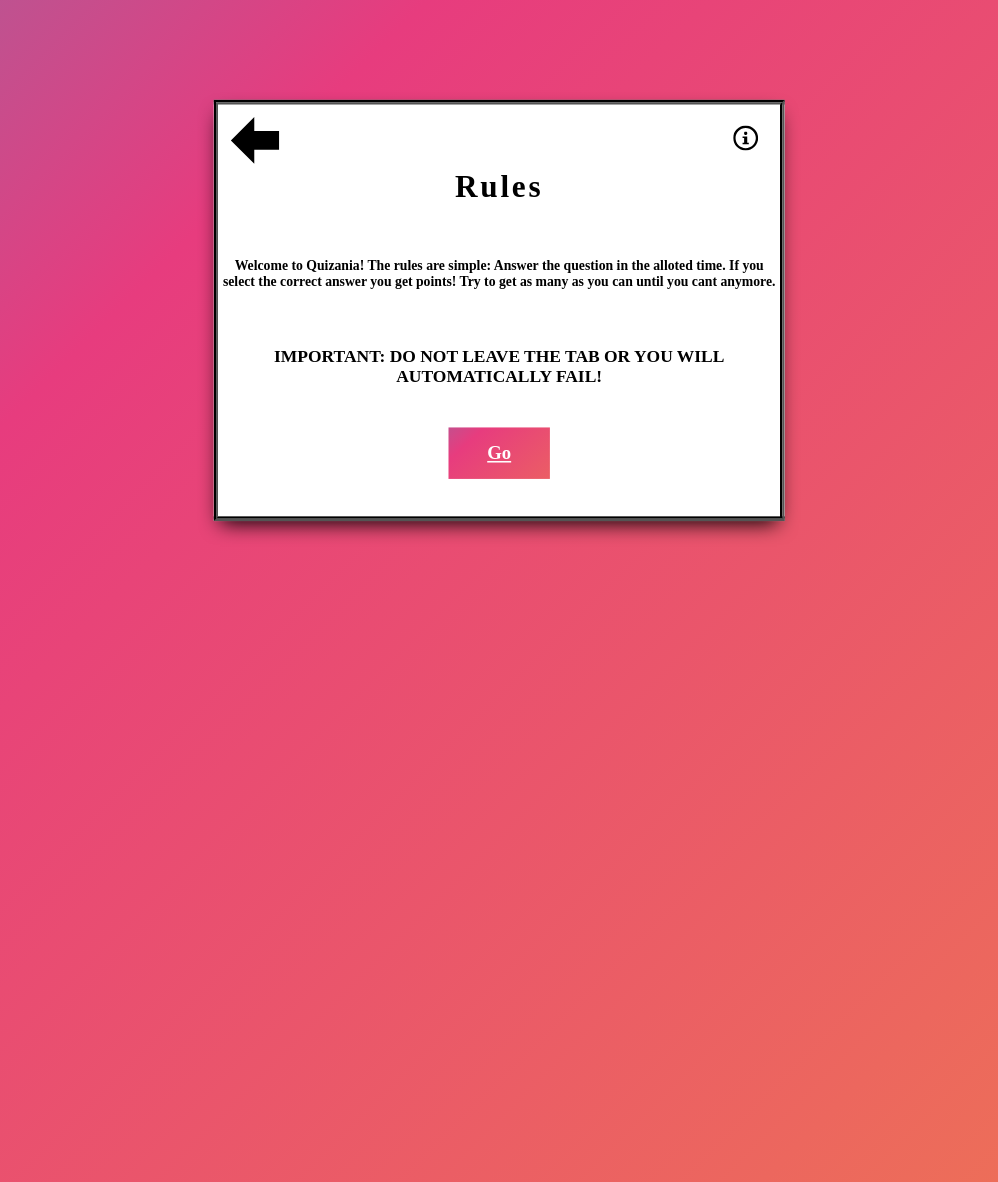
Repository: PatrickTheCodeGuy/QuizApp
Page: /newGame (app in quizapp/)
The author's editor kept a copy of each file at every save. The page is drawn from the files as they stood at one save, then again after the next save.
The browser window is 1280 px wide. The pictures show the whole page, at 78% of full size.
The project was rebuilt for these pictures with package versions that can differ from the ones it lists, and the page was loaded fresh each time. A package was used in the major version that the imports need, not the one package.json lists. Also part of the build but not shown: quizapp/src/App.css, quizapp/src/components/Leaderboard/Leaderboard.css, quizapp/src/components/Leaderboard/Leaderboard.js, quizapp/src/components/StartMenu/StartMenu.js, quizapp/src/App.js.

Above is the page before, as saved 2021-07-08 20:33:22.

### quizapp/src/index.js
import React from 'react';
import ReactDOM from 'react-dom';
import './index.css';
import App from './App';
import GameInfo from './components/GameInfo/GameInfo';
import reportWebVitals from './reportWebVitals';
import {
  BrowserRouter as Router,
  Switch,
  Route,
  Link
} from "react-router-dom";

ReactDOM.render(
  <React.StrictMode>
    <Router>
          <Switch>
              <Route exact path="/" component={App}/>
              <Route path="/newGame" component={GameInfo}/>
          </Switch>
      </Router>
  </React.StrictMode>,
  document.getElementById('root')
);

// If you want to start measuring performance in your app, pass a function
// to log results (for example: reportWebVitals(console.log))
// or send to an analytics endpoint. Learn more: https://bit.ly/CRA-vitals
reportWebVitals();

### quizapp/src/index.css
body {
  margin: 0;
  font-family: -apple-system, BlinkMacSystemFont, 'Segoe UI', 'Roboto', 'Oxygen',
    'Ubuntu', 'Cantarell', 'Fira Sans', 'Droid Sans', 'Helvetica Neue',
    sans-serif;
  -webkit-font-smoothing: antialiased;
  -moz-osx-font-smoothing: grayscale;
  background: linear-gradient(-45deg, #ee7752, #e73c7e, #23a6d5, #23d5ab);
    background-size: 400% 400%;
    animation: gradient 15s ease infinite;
}

code {
  font-family: source-code-pro, Menlo, Monaco, Consolas, 'Courier New',
    monospace;
}
html, body, #app, #app>div {
  width: 100%;
  height:100%;
}

hr.rounded {
  border-top: 5px solid black;
    border-radius: 1px;
    width: 55%;
}

#root{
  display:flex;
}


@keyframes gradient {
    0% {
        background-position: 0% 50%;
    }
    50% {
        background-position: 100% 50%;
    }
    100% {
        background-position: 0% 50%;
    }
}

### quizapp/src/components/GameInfo/GameInfo.js
import React, { useState } from 'react';
import './GameInfo.css';
import {
	Link
} from 'react-router-dom';
import{ ImArrowLeft, ImInfo }from 'react-icons/im';
import Modal from 'react-modal';


function GameInfo() {
	// Fix for screen readers getting an error on modal mount
	Modal.setAppElement('#root');

	// Modal hook
	const [modalIsOpen, setModalIsOpen] = useState(false);
    return(
        <div className="gameInfo-container">
            <div className="gameInfo-header">
                <Link className="back-button" to="/">
																		<ImArrowLeft size={64} className="back-arrow"/>
																</Link>
																<button class="modal-button"onClick={() => setModalIsOpen(true)}>
																	<ImInfo size={32} className="info-icon"/>
																</button>
																<Modal onRequestClose={() => setModalIsOpen(false)} isOpen={modalIsOpen}>
																		<h1>Modal is Open</h1>
																</Modal>
            </div>
            <div className="gameInfo-body">
																<h5 class="rules-text">Rules</h5>
            </div>
												<div>
													<p class="regular-text info">Welcome to Quizania!
													The rules are simple: Answer the question in the alloted time. If you select the correct answer you get points! Try to get as many as you can until you cant anymore.</p>
													<p class="regular-text warning">IMPORTANT: DO NOT LEAVE THE TAB OR YOU WILL AUTOMATICALLY FAIL!</p>
													<Link to='/newGame' class="button-start">Go</Link>
												</div>

												</div>
    )
}

export default GameInfo;

### quizapp/src/components/GameInfo/GameInfo.css
.gameInfo-container{
    border: 6px groove black;
    text-align: center;
    background-color: white;
    box-shadow: 0px 12px 25px -8px #000000;
    width: 45em;
    height: 33em;
    margin: 10% auto;
}

.back-button {
    margin-left: 2%;
    margin-top: 2%;
    color: rgb(0, 0, 0);
}

.back-button:hover {
    color: rgba(26, 26, 26, 0.749);
    transform: translateY(2px);
}

.modal-button{
    border: none;
    width: 45px;
    height: 45px;
    margin-right: 3%;
    margin-top: 3%;
    background:white;
    color: black;
}

.rules-text{
    font-family: 'Pacifico', cursive;
    font-size: 2.5em;
    letter-spacing: 0.09em;
    margin-top: 0%;
}

.info {
    font-family: 'Press Start 2P', cursive;
    font-size: 1.1em;
    font-weight: 600;
}

.warning {
    font-weight: bolder;
}



.modal-button:hover {
    color: rgba(40, 40, 40, 0.811);
    transform: translateY(2px);
}

.gameInfo-header{
    display: flex;
    justify-content: space-between;
}

### quizapp/src/components/StartMenu/StartMenu.css
.menu-text{
    font-family: 'Pacifico', cursive;
    font-size: 8em;
    letter-spacing: 0.09em;
    margin-top: 0%;
}

.regular-text{
    font-family:Roboto-Regular;
    font-weight:900;
    font-size: 1.4em;
    margin-bottom: 10%;
}

.button-start{
    padding: 20px 50px;
    font-family: 'Press Start 2P', cursive;
    height: 12%;
    background: linear-gradient(-42deg, #ee7752, #e73c7e, #23a6d5, #23d5ab);
    background-size: 400% 400%;
    animation: gradient 13s ease infinite;
    margin-top: 5%;
    color: white;
    border: none;
    font-size: x-large;
    font-weight: 600;
    transition: background-color 0.1s ease;
}

.button-start:hover{
    background: linear-gradient(-42deg, #a45137, #91254e, #15607b, #158268);
    background-size: 400% 400%;
    animation: gradient 13s ease infinite;
    color: black;
}

.button-start:active {
    border: 2px solid rgba(0, 0, 0, 0.564);
    background: white;
    color: rgb(43, 43, 43);
    transform: translateY(4px);
}

.menu-container{
    border: 6px groove black;
    text-align: center;
    background-color: white;
    box-shadow: 0px 12px 25px -8px #000000;
    width: 45em;
    height: 33em;
    margin: 20% 15%;
}

Loaded but not shown: quizapp/src/reportWebVitals.js (common file)

After the next save:
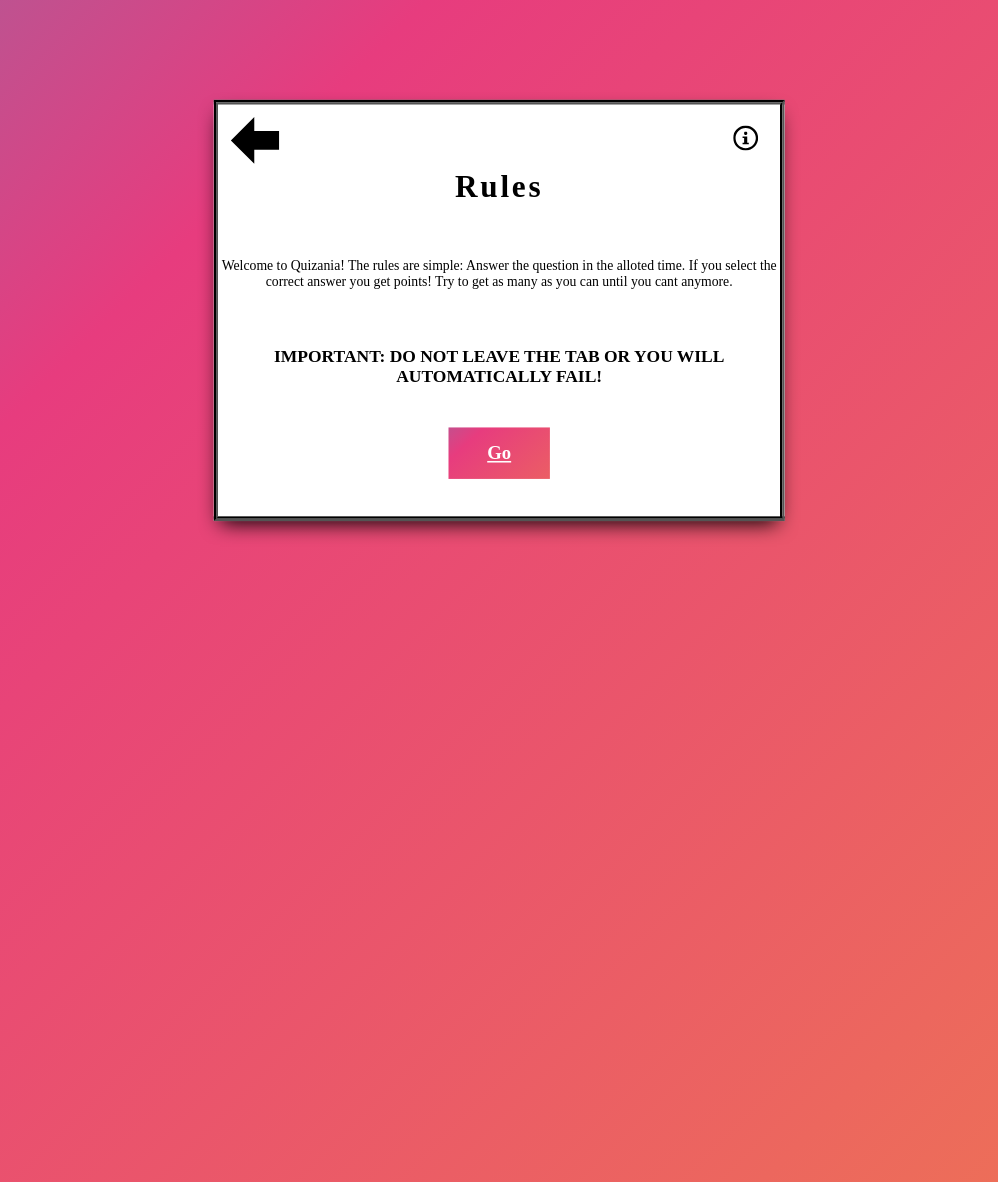
Saved 34 s later.
--- a/quizapp/src/components/GameInfo/GameInfo.css
+++ b/quizapp/src/components/GameInfo/GameInfo.css
@@ -39,7 +39,7 @@
 .info {
     font-family: 'Press Start 2P', cursive;
     font-size: 1.1em;
-    font-weight: 600;
+    font-weight: 200;
 }
 
 .warning {
